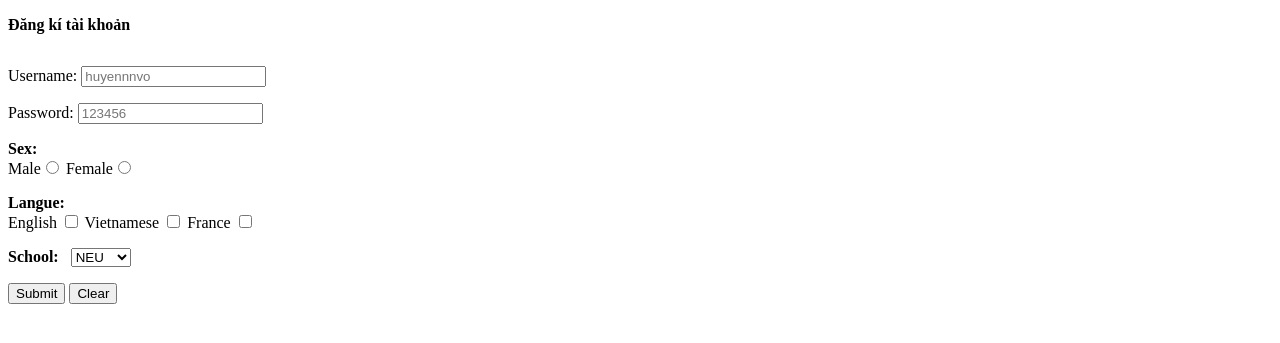
Repository: huyennvo/ptcudw
Page: lesson2/form.html
An editor plug-in stored every save of this project. The page is shown before and after the next save, followed by the edit.
The browser window is 1280 px wide. The pictures show the whole page.

Above is the page before, as saved 2022-08-08 09:41:55.

After the next save:
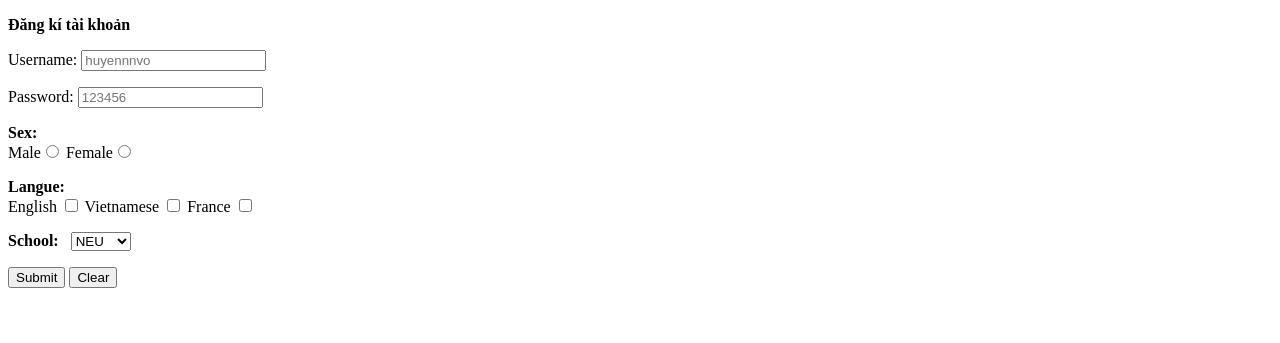
Saved 9 s later.
--- a/lesson2/form.html
+++ b/lesson2/form.html
@@ -8,7 +8,7 @@
 </head>
 <body>
     <p> <b>Đăng kí tài khoản</b> </p>
-    <form action="" style="align-content: center;">
+    <form action="">
         <p>
             Username: <input type="text" name="username" value="" placeholder="huyennnvo">
         </p>
